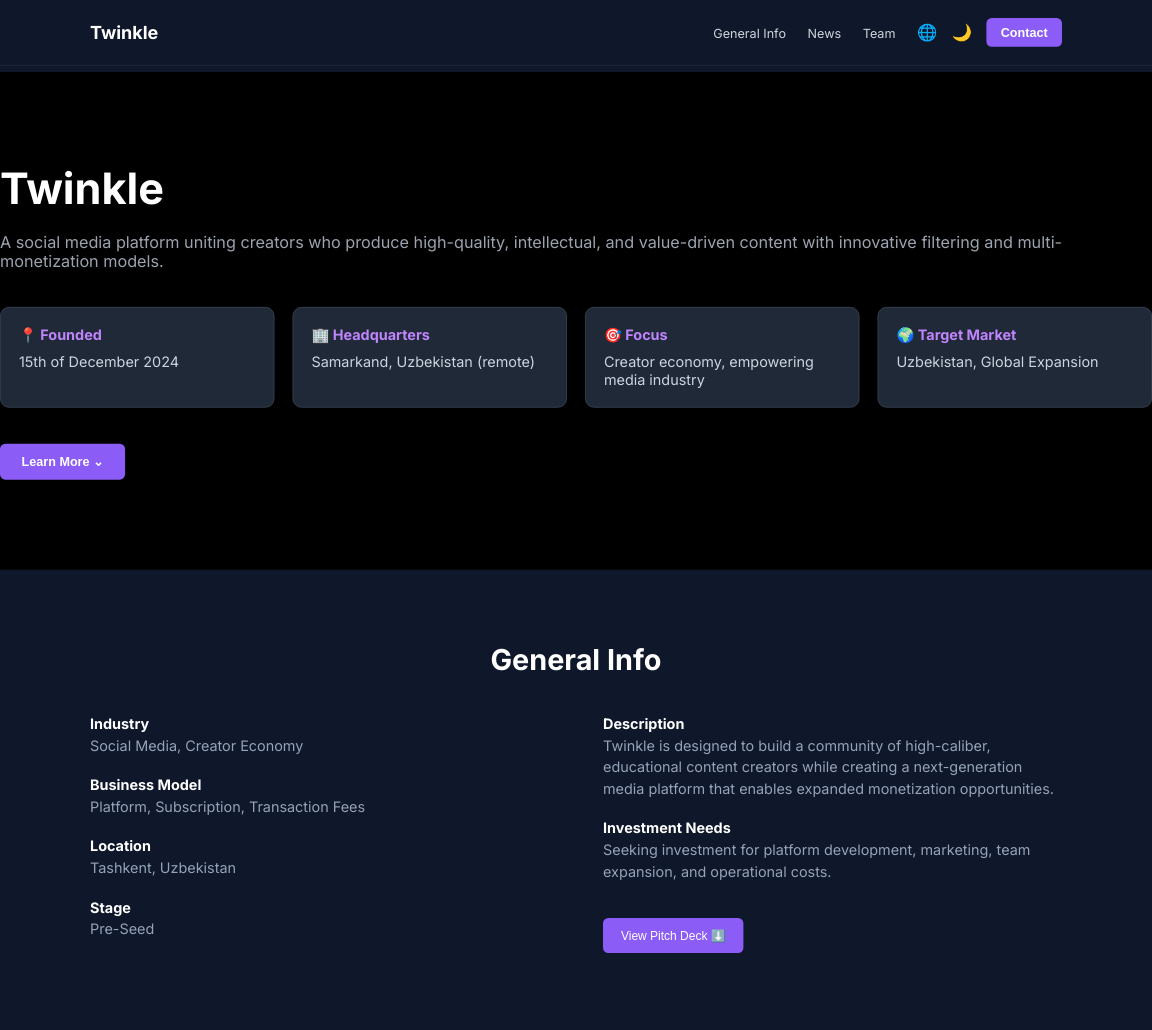
Repository: techboy-33/Twinkle-web
Page: index.html
The author's editor kept a copy of each file at every save. The page is drawn from the files as they stood at one save, then again after the next save.
The browser window is 1280 px wide. The pictures show the whole page, at 90% of full size.

Above is the page before, as saved 2025-05-12 10:33:56.

### index.html
<!DOCTYPE html>
<html lang="en">

<head>
    <meta charset="UTF-8" />
    <meta name="viewport" content="width=device-width, initial-scale=1.0" />
    <title>Twinkle</title>
    <link href="styles.css" rel="stylesheet" />
    <link href="https://fonts.googleapis.com/css2?family=Inter:wght@400;600;700&display=swap" rel="stylesheet">
</head>

<body>
    <header class="navbar">
        <div class="container nav-inner">
            <div class="logo">Twinkle</div>
            <div class="nav-right">
                <nav class="nav-links">
                    <a href="#">General Info</a>
                    <a href="#">News</a>
                    <a href="#">Team</a>
                </nav>
                <div class="nav-icons">
                    <button class="icon-btn">🌐</button>
                    <button class="icon-btn">🌙</button>
                    <button class="contact-btn">Contact</button>
                </div>
            </div>
        </div>
    </header>
    <section class="hero">
        <div class="hero-inner">
            <h1>Twinkle</h1>
            <p class="subtitle">
                A social media platform uniting creators who produce high-quality, intellectual, and value-driven
                content with innovative filtering and multi-monetization models.
            </p>

            <div class="info-grid">
                <div class="info-card">
                    <h3>📍 Founded</h3>
                    <p>15th of December 2024</p>
                </div>
                <div class="info-card">
                    <h3>🏢 Headquarters</h3>
                    <p>Samarkand, Uzbekistan (remote)</p>
                </div>
                <div class="info-card">
                    <h3>🎯 Focus</h3>
                    <p>Creator economy, empowering media industry</p>
                </div>
                <div class="info-card">
                    <h3>🌍 Target Market</h3>
                    <p>Uzbekistan, Global Expansion</p>
                </div>
            </div>

            <button class="learn-btn">Learn More ⌄</button>
        </div>
    </section>
    <main class="container">
        <section class="general-info">
            <h2>General Info</h2>
            <div class="info-columns">
                <div class="left">
                    <p><strong>Industry</strong><br>Social Media, Creator Economy</p>
                    <p><strong>Business Model</strong><br>Platform, Subscription, Transaction Fees</p>
                    <p><strong>Location</strong><br>Tashkent, Uzbekistan</p>
                    <p><strong>Stage</strong><br>Pre-Seed</p>
                </div>
                <div class="right">
                    <p><strong>Description</strong><br>
                        Twinkle is designed to build a community of high-caliber, educational content creators while
                        creating a next-generation media platform that enables expanded monetization opportunities.
                    </p>
                    <p><strong>Investment Needs</strong><br>
                        Seeking investment for platform development, marketing, team expansion, and operational costs.
                    </p>
                    <button class="pitch-btn">View Pitch Deck ⬇️</button>
                </div>
            </div>
        </section>
    </main>
</body>

</html>

### styles.css
* {
  margin: 0;
  padding: 0;
  box-sizing: border-box;
}

body {
  margin: 0;
  background-color: #0f172a;
  font-family: 'Inter', sans-serif;
  color: #cbd5e1;
  padding-top: 80px;
}

.container {
  max-width: 1200px;
  margin: 0 auto;
  padding: 0 60px;
}

.navbar {
  position: fixed;
  top: 0;
  width: 100%;
  background-color: #0f172a;
  z-index: 1000;
  border-bottom: 1px solid #1f2937;
  padding: 20px 0;
}

.nav-inner {
  display: flex;
  justify-content: space-between;
  align-items: center;
}
.hero {
  background-color: #000;
  padding: 100px 0;
  width: 100%;
}

.hero .container {
  max-width: 1200px;
  margin: 0 auto;
  padding: 0 60px;
  display: flex;
  flex-direction: column;
  align-items: flex-start;
}

.logo {
  font-size: 20px;
  font-weight: 700;
  color: white;
}

.nav-right {
  display: flex;
  align-items: center;
  gap: 24px;
}

.nav-links {
  display: flex;
  gap: 24px;
}

.nav-links a {
  text-decoration: none;
  color: #d1d5db;
  font-weight: 500;
  font-size: 14px;
}

.nav-icons {
  display: flex;
  align-items: center;
  gap: 16px;
}

.icon-btn {
  background: none;
  border: none;
  color: #d1d5db;
  font-size: 18px;
  cursor: pointer;
}

.contact-btn {
  background-color: #8b5cf6;
  border: none;
  color: white;
  padding: 8px 16px;
  border-radius: 6px;
  font-weight: 600;
  font-size: 14px;
  cursor: pointer;
}


.main-container {
  max-width: 1200px;
  margin: 60px auto;
  padding-left: 60px;
  display: flex;
  justify-content: flex-start;
}


.hero h1 {
  font-size: 48px;
  font-weight: 700;
  color: white;
  margin-bottom: 20px;
}

.subtitle {
  font-size: 18px;
  color: #9ca3af;
  margin-bottom: 40px;
}

.info-grid {
  display: grid;
  grid-template-columns: repeat(auto-fit, minmax(260px, 1fr));
  gap: 20px;
  margin-bottom: 40px;
}

.info-card {

  background-color: #1f2937;
  padding: 20px;
  border-radius: 10px;
  border: 1px solid #374151;
}

.info-card h3 {
  font-size: 16px;
  color: #c084fc;
  margin-bottom: 10px;
}

.learn-btn {
  background-color: #8b5cf6;
  color: white;
  border: none;
  padding: 12px 24px;
  font-weight: 600;
  border-radius: 6px;
  cursor: pointer;
  font-size: 14px;
}

/* General Info Section */
.general-info {
  padding: 80px 0;
}

.general-info h2 {
  text-align: center;
  font-size: 32px;
  color: white;
  margin-bottom: 40px;
}

.info-columns {
  display: flex;
  gap: 60px;
  justify-content: space-between;
}

.info-columns .left,
.info-columns .right {
  flex: 1;
}

.info-columns p {
  margin-bottom: 20px;
  color: #94a3b8;
  line-height: 24px;
}

.info-columns strong {
  color: white;
}

/* Pitch Deck Button */
.pitch-btn {
  background-color: #8b5cf6;
  color: white;
  border: none;
  padding: 12px 20px;
  font-weight: 500;
  border-radius: 6px;
  margin-top: 20px;
  cursor: pointer;
}

After the next save:
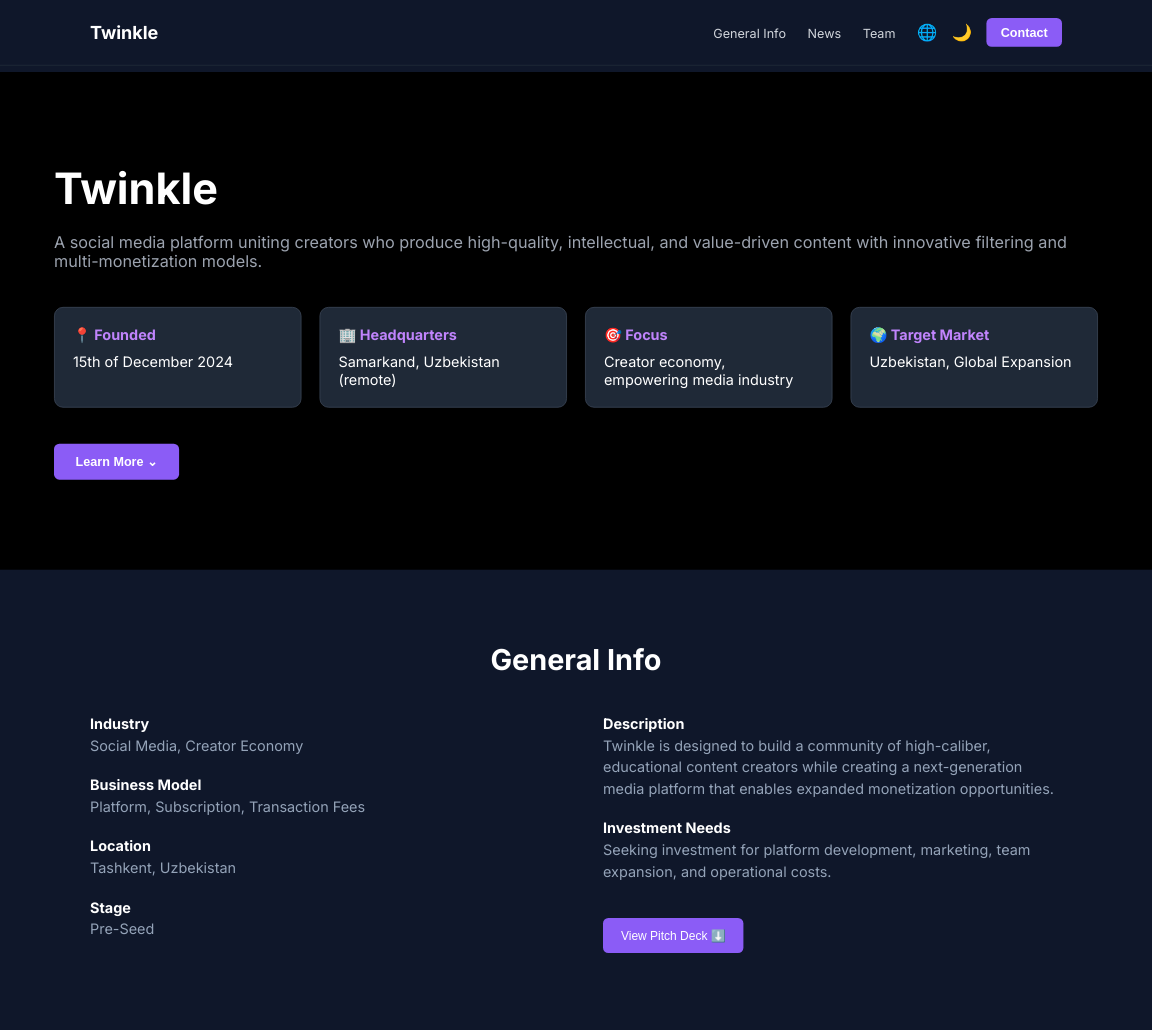
Saved 37 s later.
--- a/styles.css
+++ b/styles.css
@@ -39,13 +39,10 @@
   width: 100%;
 }
 
-.hero .container {
-  max-width: 1200px;
-  margin: 0 auto;
-  padding: 0 60px;
-  display: flex;
-  flex-direction: column;
-  align-items: flex-start;
+.hero .hero-inner {
+  padding-left: 60px;
+  padding-right: 60px;
+  color: #fff;
 }
 
 .logo {
